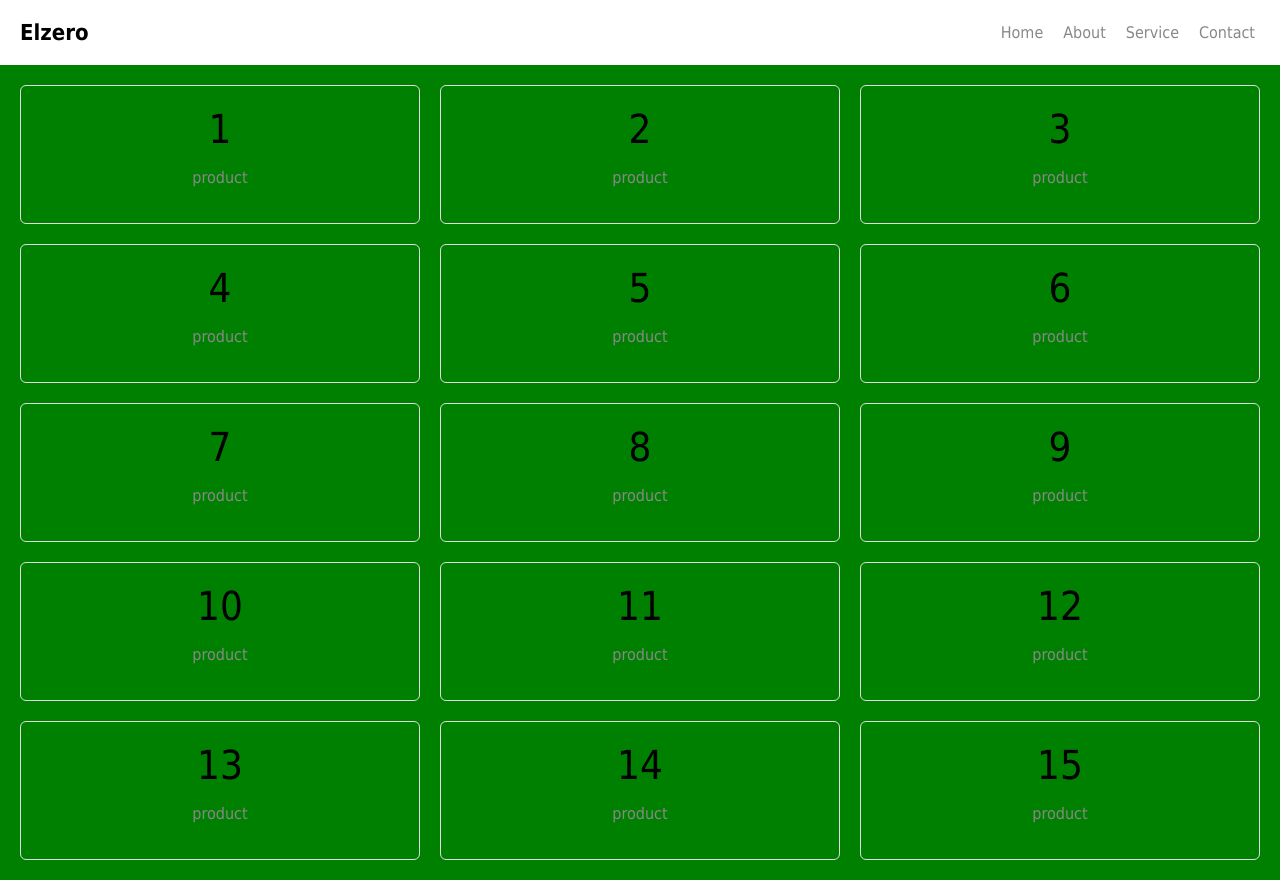
Repository: OmniaRafat232111121/challangeDom
Page: index.html
The author's editor kept a copy of each file at every save. The page is drawn from the files as they stood at one save, then again after the next save.
The browser window is 1280 px wide. The pictures show the whole page.

Above is the page before, as saved 2022-10-26 11:43:18.
Console error: ReferenceError: footer is not defined

### index.html
<!DOCTYPE html>
<html lang="en">
<head>
    <meta charset="UTF-8">
    <meta http-equiv="X-UA-Compatible" content="IE=edge">
    <meta name="viewport" content="width=device-width, initial-scale=1.0">
    <title>Challange js</title>
</head>
<body>
    <script src="main.js"></script>
</body>
</html>

### main.js
document.body.style.cssText = "margin: 0px; background-color: rgb(236, 236, 236); font-family: Tahoma, Arial;";

// Header Line 5 To 42

let header = document.createElement("header")
header.className = "website-head"
header.style.cssText = "display: flex; padding: 20px; background-color: rgb(255, 255, 255); justify-content: space-between; align-items: center;"

let logoDiv = document.createElement("div")
logoDiv.style.cssText = "font-weight: bold; color: # 23a96e; font-size: 22px"
let logoText = document.createTextNode("Elzero")

let ul = document.createElement("ul")
ul.className = "menu"
ul.style.cssText = "padding: 0px; margin: 0px; display: flex; list-style: none; color: rgb(136, 136, 136)"

let li1 = document.createElement("li")
li1.style.cssText = "padding-right: 20px"
let li1Text = document.createTextNode("Home")
let li2 = document.createElement("li")
li2.style.cssText = "padding-right: 20px"
let li2Text = document.createTextNode("About")
let li3 = document.createElement("li")
li3.style.cssText = "padding-right: 20px"
let li3Text = document.createTextNode("Service")
let li4 = document.createElement("li")
li4.style.cssText = "padding-right: 5px"
let li4Text = document.createTextNode("Contact")

li1.appendChild(li1Text)
li2.appendChild(li2Text)
li3.appendChild(li3Text)
li4.appendChild(li4Text)
ul.appendChild(li1)
ul.appendChild(li2)
ul.appendChild(li3)
ul.appendChild(li4)

logoDiv.appendChild(logoText)

header.appendChild(logoDiv)
header.appendChild(ul)


//content:
let content=document.createElement('div');
content.className='content'
content.style.cssText = "background-color:green; display: flex; padding: 20px; flex-wrap: wrap; justify-content: center; gap: 20px; min-height: calc(100vh - 142px); box-sizing: border-box;"
for (let i = 1; i <= 15; i++) {
    let productDiv = document.createElement("div")
    productDiv.style.cssText = "padding: 20px; background-color: # ffffff; border: 1px solid rgb(221, 221, 221); width: calc((100% - 40px) / 3); box-sizing: border-box; text-align: center; color: rgb(136, 136, 136); border-radius: 6px;"
    let tempSpan = document.createElement("span")
    tempSpan.style.cssText = "font-size: 40px; color: black; font-weight: normal; display; block; margin-bottom: 10px; margin-top: 10px"
    let tempText2 = document.createTextNode(`${i}`)
    tempSpan.appendChild(tempText2)

    let tempP2 = document.createElement("p")
    let tempText1 = document.createTextNode(`product`)
    tempP2.appendChild(tempText1)
    content.appendChild(productDiv)
    productDiv.appendChild(tempSpan)
    productDiv.appendChild(tempP2)
}

document.body.appendChild(header)
document.body.appendChild(content)
document.body.appendChild(footer)

After the next save:
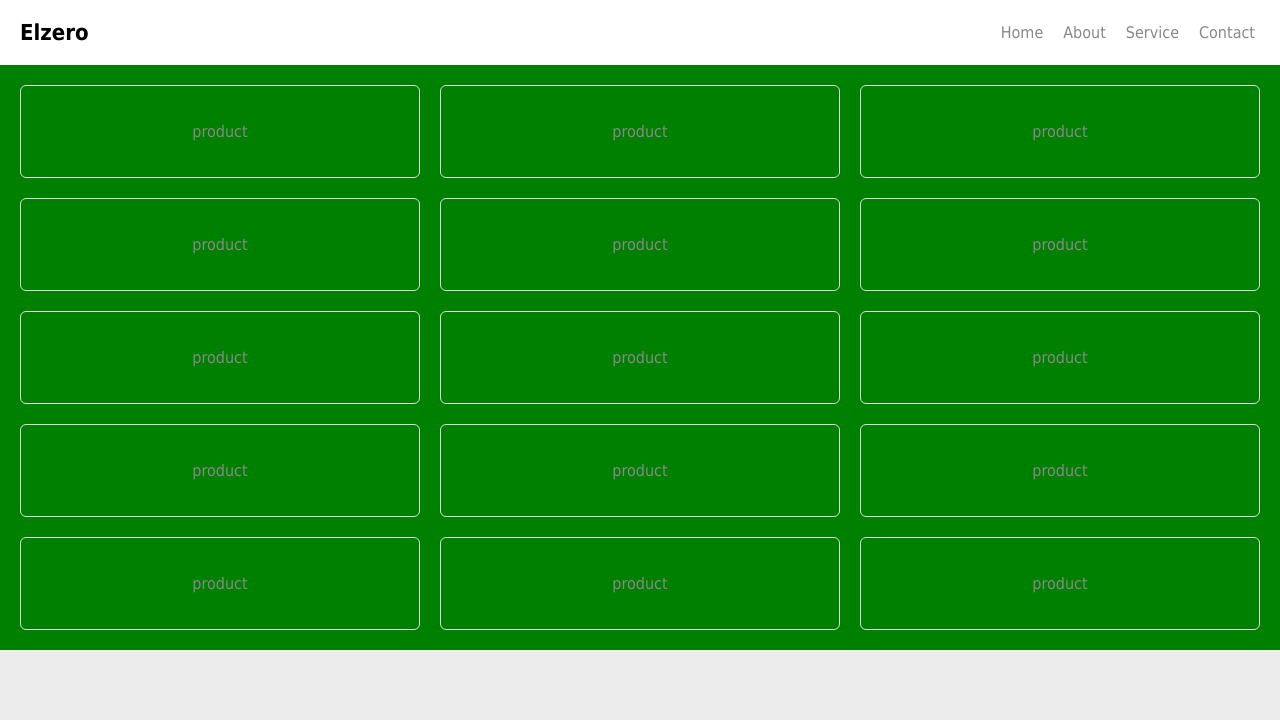
Saved 25 s later.
--- a/main.js
+++ b/main.js
@@ -50,9 +50,7 @@
     let productDiv = document.createElement("div")
     productDiv.style.cssText = "padding: 20px; background-color: # ffffff; border: 1px solid rgb(221, 221, 221); width: calc((100% - 40px) / 3); box-sizing: border-box; text-align: center; color: rgb(136, 136, 136); border-radius: 6px;"
     let tempSpan = document.createElement("span")
-    tempSpan.style.cssText = "font-size: 40px; color: black; font-weight: normal; display; block; margin-bottom: 10px; margin-top: 10px"
-    let tempText2 = document.createTextNode(`${i}`)
-    tempSpan.appendChild(tempText2)
+
 
     let tempP2 = document.createElement("p")
     let tempText1 = document.createTextNode(`product`)

After the 5 saves that followed:
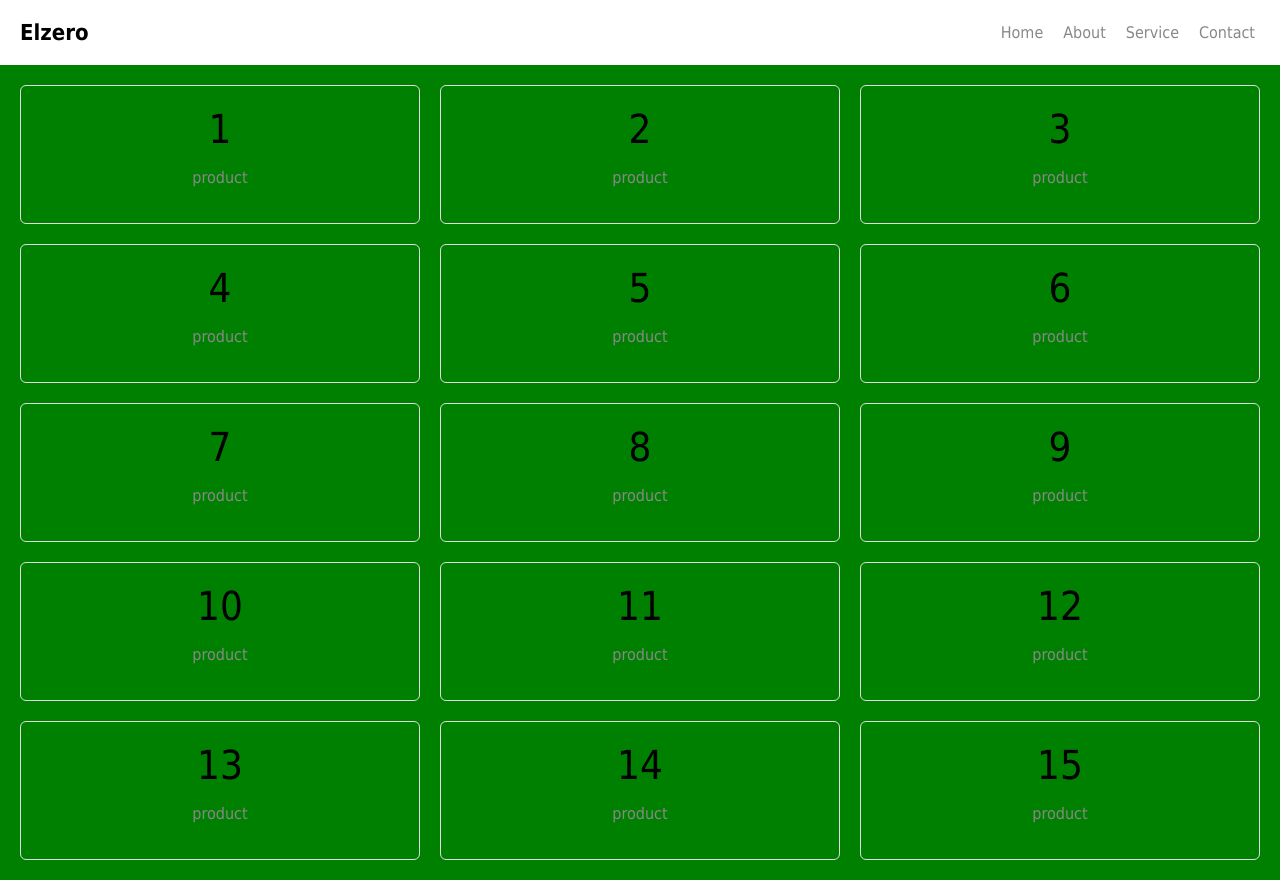
The 5 saves are shown as one change because 2 left the picture as it was and some came seconds apart.
The last was saved 40 s later.
--- a/main.js
+++ b/main.js
@@ -50,7 +50,9 @@
     let productDiv = document.createElement("div")
     productDiv.style.cssText = "padding: 20px; background-color: # ffffff; border: 1px solid rgb(221, 221, 221); width: calc((100% - 40px) / 3); box-sizing: border-box; text-align: center; color: rgb(136, 136, 136); border-radius: 6px;"
     let tempSpan = document.createElement("span")
-
+    tempSpan.style.cssText = "font-size: 40px; color: black; font-weight: normal; display; block; margin-bottom: 10px; margin-top: 10px"
+    let tempText2 = document.createTextNode(`${i}`)
+    tempSpan.appendChild(tempText2)
 
     let tempP2 = document.createElement("p")
     let tempText1 = document.createTextNode(`product`)
